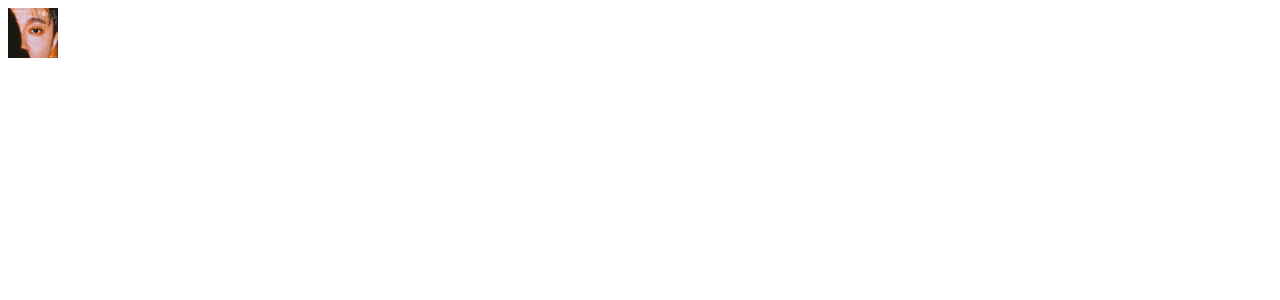
Repository: Gin1217/frontStudy
Page: fliter.html
The author's editor kept a copy of each file at every save. The page is drawn from the files as they stood at one save, then again after the next save.
The browser window is 1280 px wide. The pictures show the whole page.

Above is the page before, as saved 2021-03-08 20:27:25.

After the next save:
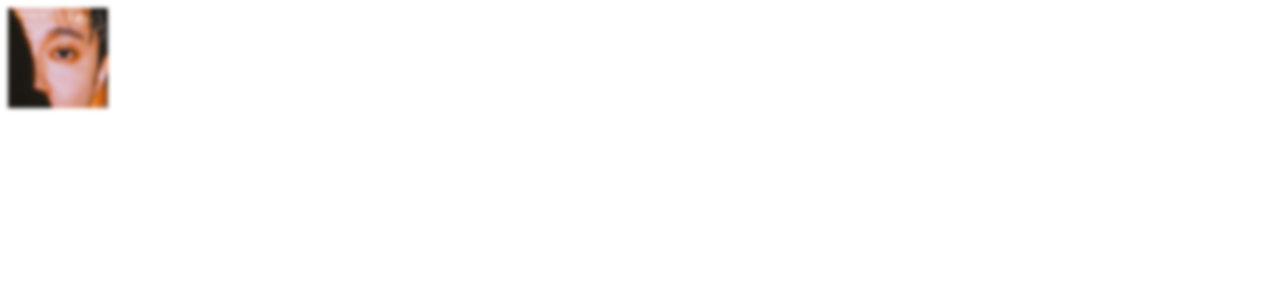
Saved 49 s later.
--- a/fliter.html
+++ b/fliter.html
@@ -61,7 +61,7 @@ filter: drop-shadow(10px 10px 5px #333);
 </head>
 <body>
 
-<img src="/pic/6aqaiqnvo3fc1k8mayt68z2nm.jpg" height="50px" width="50px">
+<img src="/pic/6aqaiqnvo3fc1k8mayt68z2nm.jpg" height="100px" width="100px" class="blur">
 
 </body>
 </html>
